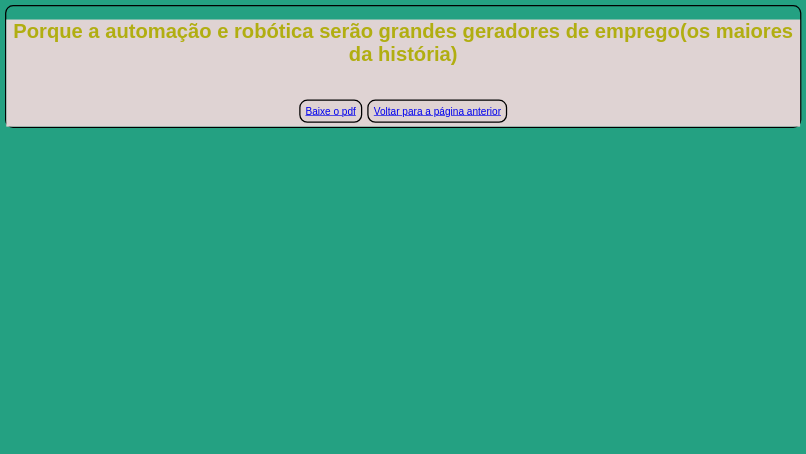
Repository: batmit/FutureFundation.github.io-1
Page: menu/articles/economia/automação.html
The author's editor kept a copy of each file at every save. The page is drawn from the files as they stood at one save, then again after the next save.
The browser window is 1280 px wide. The pictures show the whole page, at 63% of full size.

Above is the page before, as saved 2021-11-07 17:42:10.

### menu/articles/economia/automação.html
<!DOCTYPE html>
<html lang="pt-BR">
<head>
    <meta charset="UTF-8">
    <meta http-equiv="X-UA-Compatible" content="IE=edge">
    <meta name="viewport" content="width=device-width, initial-scale=1.0">
    <title>Porque a automação e robótica serão grandes geradores de emprego</title>

    <link rel="stylesheet" href="/menu/main.css">
</head>
<body>

    <div id="all">

        <header>
            <h1>Porque a automação e robótica serão grandes geradores de emprego(os maiores da história)</h1>
        </header>




        <a href="./03. A automação e a robótica, ao contrário do imaginado, serão os grandes geradores dos empregos futuros (IMB).pdf">Baixe o pdf</a>
        <a href="./economia.html">Voltar para a página anterior</a>
    </div>

</body>
</html>

### menu/main.css
body{

    text-align: center;

    border: black 2px solid;

    border-radius: 0.8rem;

    font-family: 'Ubuntu', arial;

    background-color: rgb(36, 161, 130);


}

#articles {
    gap: 3px;
}

#all{

    background-color: rgb(223, 211, 211);

}


#codigo{
    text-align:left;

}


img{
    text-align: center;
    justify-content: center;

}

p{
    font-size: 20px;
    font-family: 'Ubuntu', arial;
}

a{
    border: 2px solid black;

    border-radius: 0.8rem;

    box-sizing: border-box;

    padding: 0.5rem;

    line-height:3rem;

    margin: 2px;


}

a:hover{

    background-color:#F0FFFF;

}

h1{

    margin-bottom: 3rem;

    color: rgb(177, 174, 17);

}

audio {
    -webkit-transition:all 0.5s linear;
    -moz-transition:all 0.5s linear;
    -o-transition:all 0.5s linear;
    transition:all 0.5s linear;
    -moz-box-shadow: 2px 2px 4px 0px #006773;
    -webkit-box-shadow:  2px 2px 4px 0px #006773;
    box-shadow: 2px 2px 4px 0px #006773;
    -moz-border-radius:7px 7px 7px 7px ;
    -webkit-border-radius:7px 7px 7px 7px ;
    border-radius:7px 7px 7px 7px ;
}

audio:hover, audio:focus, audio:active {

-webkit-box-shadow: 15px 15px 20px rgba(0,0, 0, 0.4);
-moz-box-shadow: 15px 15px 20px rgba(0,0, 0, 0.4);
box-shadow: 15px 15px 20px rgba(0,0, 0, 0.4);
-webkit-transform: scale(1.05);
-moz-transform: scale(1.05);
transform: scale(1.05);

}



@media (max-width: 900px) {


    a{

        display: block;
        line-height: 0.5rem;
        padding: 1rem;

    }

    #img{
        text-align: right;
    }

}

@media (prefers-color-scheme: dark) {
    #all{

        background-color: rgb(90, 73, 73);

    }

    h1{
        color: white
    }

    p{
        color: white;
    }

    a{
        background-color: aqua;
    }

    h3{
        color: white;
    }

    strong {
        color: white;
    }


}

After the next save:
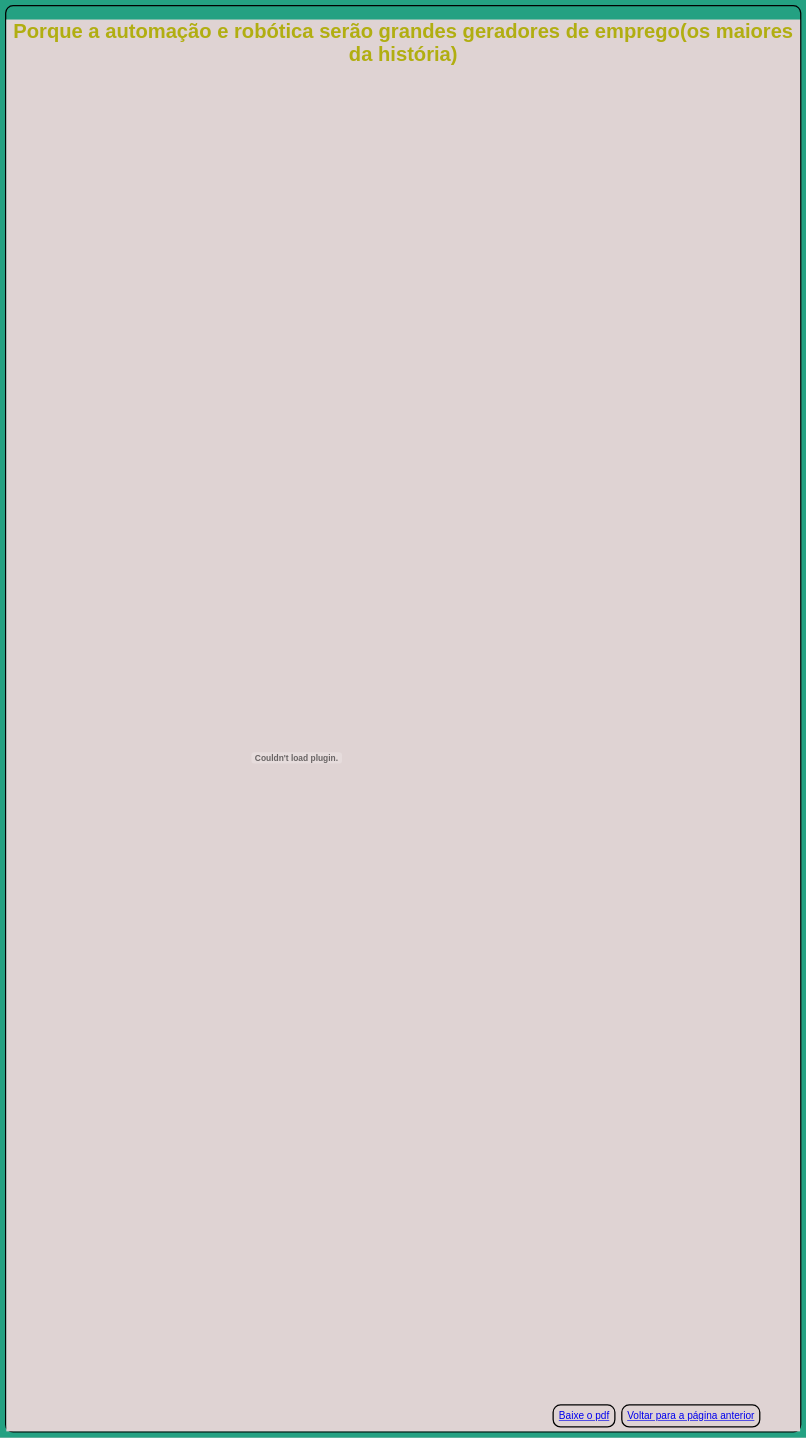
Saved 23 s later.
--- a/menu/articles/economia/automação.html
+++ b/menu/articles/economia/automação.html
@@ -16,6 +16,7 @@
             <h1>Porque a automação e robótica serão grandes geradores de emprego(os maiores da história)</h1>
         </header>
 
+        <embed src="file_name.pdf" width="800px" height="2100px" />
 
 
 
